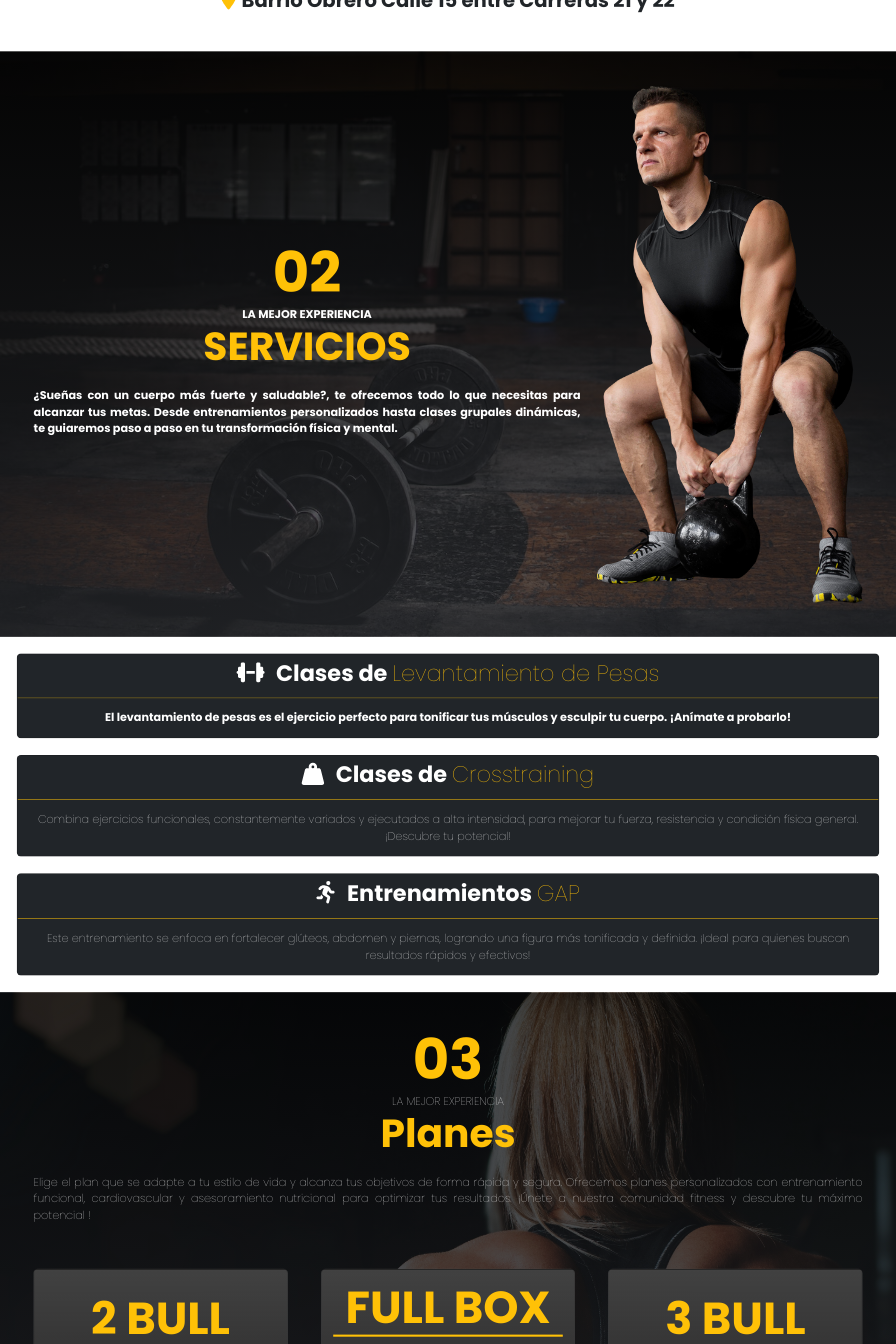
Repository: enjeru13/BullBox
Page: / (app in BullBox/)
An editor plug-in stored every save of this project. The page is shown before and after the next save, followed by the edit.
The browser window is 1280 px wide. The pictures show the part of the page from y = 1671 to 3591 px (the page is 4177 px tall), at 70% of full size.
Pictures or frames that could not be fetched are drawn as grey boxes. The project was rebuilt for these pictures with package versions that can differ from the ones it lists, and the page was loaded fresh each time. Also part of the build but not shown: BullBox/vite.config.js, BullBox/src/pages/Registro.jsx, BullBox/src/pages/Login.jsx, BullBox/src/pages/Perfil.jsx, BullBox/src/pages/Tienda.jsx, BullBox/ProtectedRoute.jsx.

Above is the page before, as saved 2024-10-28 12:20:51.

After the next save:
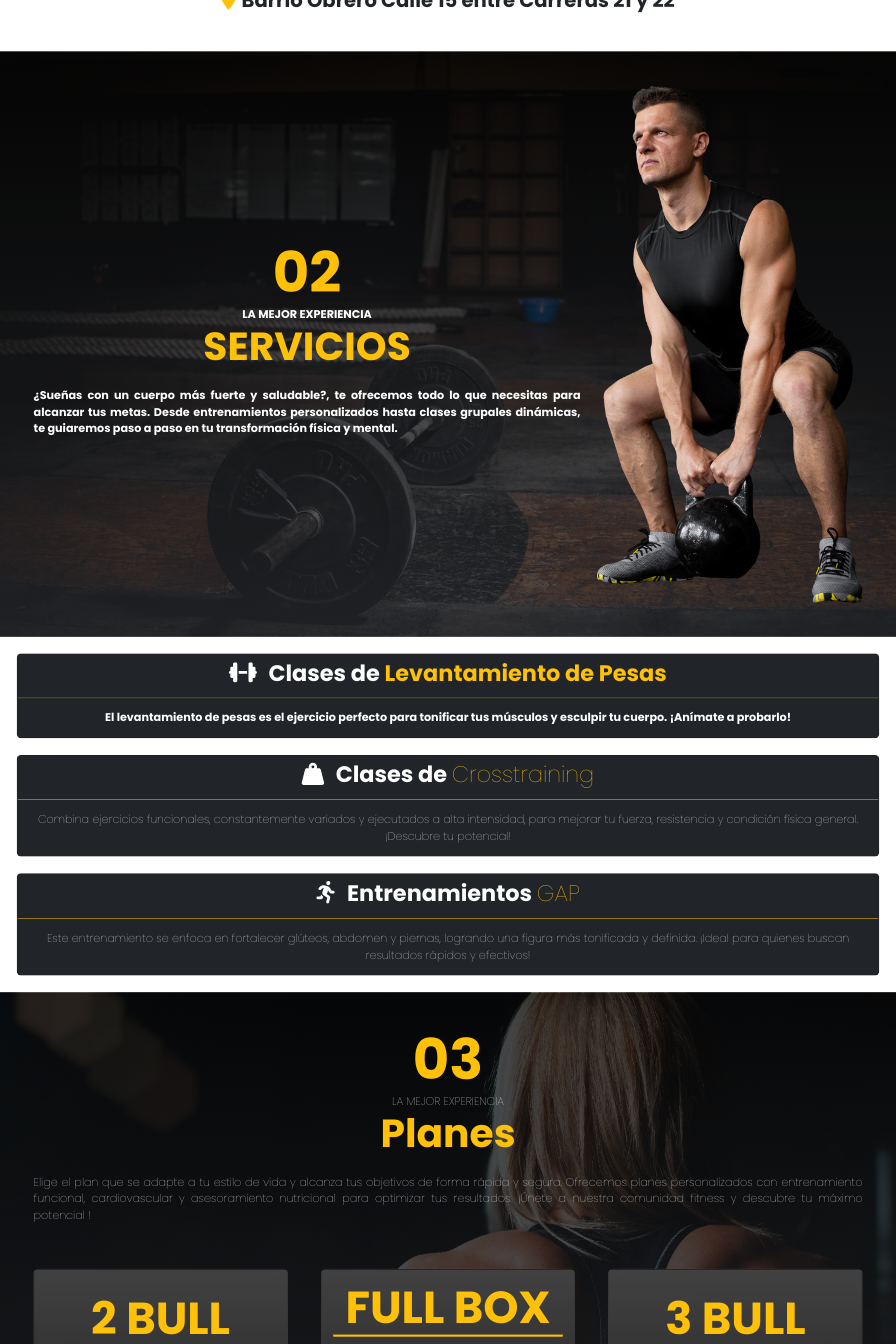
Saved 10 s later.
--- a/BullBox/src/pages/Inicio.jsx
+++ b/BullBox/src/pages/Inicio.jsx
@@ -65,7 +65,7 @@ function Inicio() {
 
             <div className="card text-center m-4 fw-bold bg-dark text-white">
                 <div className="card-header border-warning">
-                    <h2 className="text-center fw-bold"><i className='me-3'><FontAwesomeIcon icon={faDumbbell} /></i>Clases de <span className='text-warning'>Levantamiento de Pesas</span></h2>
+                    <h2 className="text-center fw-bold"><i className='me-3'><FontAwesomeIcon icon={faDumbbell} /></i>Clases de <span className='text-warning fw-bold'>Levantamiento de Pesas</span></h2>
                 </div>
                 <div className="card-body">
                     <p className="card-text text-center fw-bold">El levantamiento de pesas es el ejercicio perfecto para tonificar tus músculos y esculpir tu cuerpo. ¡Anímate a probarlo!</p>
